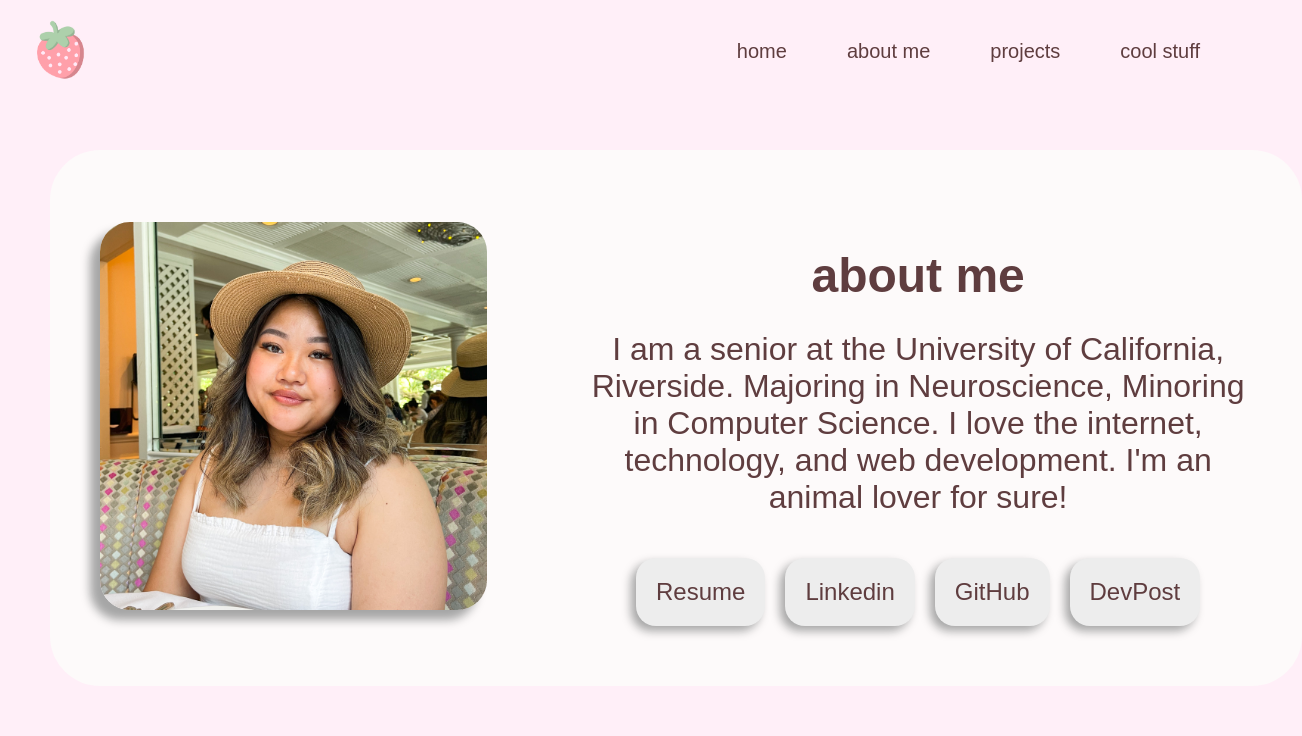
Repository: allisonchuu/strawbeari
Page: aboutme.html
The author's editor kept a copy of each file at every save. The page is drawn from the files as they stood at one save, then again after the next save.
The browser window is 1280 px wide. The page is 1302 px wide, then 1280 px, so the pictures cover 1302 px, including what lies to the right of the window. The pictures show the whole page.
Some web fonts or font styles are not loaded; a fallback is used.

Above is the page before, as saved 2022-09-06 15:18:35.

### aboutme.html
<!DOCTYPE html>
<html lang="en">

<head>
    <meta charset="utf-8" />
    <meta name="viewport" content="width=device-width, initial-scale=1.0, maximum-scale=1.0, user-scalable=no">
    <link rel="apple-touch-icon" sizes="180x180" href="assets/favicon/apple-touch-icon.png">
    <link rel="icon" type="image/png" sizes="32x32" href="assets/favicon/favicon-32x32.png">
    <link rel="icon" type="image/png" sizes="16x16" href="assets/favicon/favicon-16x16.png">
    <link rel="manifest" href="assets/favicon/site.webmanifest">
    <link rel="mask-icon" href="assets/favicon/strawberryicon.svg" color="#ffffff">
    <link rel="shortcut icon" href="assets/favicon/favicon.ico">
    <link rel="stylesheet" href="https://cdnjs.cloudflare.com/ajax/libs/font-awesome/6.0.0/css/all.min.css"
        integrity="sha512-9usAa10IRO0HhonpyAIVpjrylPvoDwiPUiKdWk5t3PyolY1cOd4DSE0Ga+ri4AuTroPR5aQvXU9xC6qOPnzFeg=="
        crossorigin="anonymous" referrerpolicy="no-referrer" />
    <meta name="msapplication-TileColor" content="#00aba9">
    <meta name="msapplication-TileColor" content="#00aba9">
    <meta name="msapplication-config" content="assets/favicon/browserconfig.xml">
    <meta name="theme-color" content="#ffffff">


    <title>Allison's Home Page</title>

    <!-- import the webpage's stylesheet -->
    <link rel="stylesheet" href="style.css" />

    <!-- import the webpage's javascript file -->
    <script src="script.js" defer></script>
</head>

<body>

    <!-- this is the start of page content -->

    <section class="about-me-page">
        <div id="homepage-header">
            <div class="homepage-header-icon-wrapper">
                <img id="homepage-icon" src="assets/logos/strawberryicon.png" alt="Strawberry icon">
            </div>
            <div id="homepage-header-navigation" class="nav-section">
                <a href="#">home</a>
                <a href="#">about me</a>
                <a href="#">projects</a>
                <a href="#">cool stuff</a>
            </div>
        </div>
        <div class="container">
            <div class="profilepic">
                <img id="me" src="assets/profile.jpg" alt="Picture of Me">
            </div>
            <section class="introduction-section">
                <h1>about me</h1>
                <p>I am a senior at the University of California, Riverside.
                    Majoring in Neuroscience, Minoring in Computer Science.
                    I love the internet, technology, and web development. I'm an animal lover for sure!</p>
                    <div class="infoContainer">
                        <a class="info" href="assets/01AllisonChu.pdf">Resume</a>
                        <a class="info" href="https://www.linkedin.com/in/ucrallisonchu/">Linkedin</a>
                        <a class="info" href="https://github.com/allisonchuu">GitHub</a>
                        <a class="info" href="https://devpost.com/allisonchuu?ref_content=user-portfolio&ref_feature=portfolio&ref_medium=global-nav">DevPost</a>
                    </div>
            </section>
        </div>
    </section>

</body>

</html>

### style.css
@import url('https://fonts.googleapis.com/css2?family=Roboto+Mono:wght@300&display=swap');
@import url('https://rsms.me/inter/inter.css');

html {
    font-family: 'Inter', sans-serif;
}

@supports (font-variation-settings: normal) {
    html {
        font-family: 'Inter var', sans-serif;
    }
}

/*--adjust typography defaults --*/
html {
    background-color: #FFEFF8;
    color: #5F3D3F;
}

body {
    margin: 0;
    display: flex;
    flex-direction: column;
    justify-content: center;
    align-items: center;
}

h1 {
    font-size: 3rem;
    text-align: center;
}

p {
    font-size: 2rem;
}

a {
    text-decoration: none;
}

section {
    display: block;
}

.divider {
    background-color: #EDEDED;
    height: 13px;
    width: 250px;
    margin-top: 30px;
    margin-bottom: 30px;
    border-radius: 20px;
}

/*--images and videos max out at full width--*/
img,
video {
    height: auto;
    max-width: 100%;
}

/*--banner styling--*/
.banner {
    display: block;
    position: -webkit-sticky;
    position: sticky;
    width: 100%;
    height: auto;
    margin-bottom: -5px;

    z-index: 0;
}

.banner img {
    width: 100%;
    height: auto;
}

.logo {
    position: relative;
    display: inline;
    top: 10px;
    left: 10px;
    height: 50px;
    width: auto;
}

.mobileLogo {
    display: none
}

@media only screen and (max-width:800px) {
    .logo {
        display: none
    }

    .mobileLogo {
        position: relative;
        display: inline;
        top: 10px;
        left: 10px;
        height: 50px;
        width: auto;
    }
}

/*--end banner styling--*/

#navbar-toggle {
    position: fixed;
    display: inline;
    text-align: left;
}

/*--begin side nav bar styling--*/

#nav-menu {
    background-color: #F4F4F4;
    width: 400px;
    height: 100vh;
    display: flex;
    justify-content: left;
    position: fixed;
    top: 0;
    left: -400px;
    transition: 350ms;
}

.menubars {

    display: inline-block;
    font-size: 3rem;
    color: #5F3D3F;

}

#hiddennavbar {
    position: absolute;
    display: inline-block;
    top: 30px;
    left: 30px;
    height: auto;
    width: auto;
}

#nav-menu.active {
    position: fixed;
    left: 0;
    transition: 350ms;
}

#navbar-toggle {
    position: relative;
    display: inline-block;
    top: 23px;
    left: 0;
    text-align: left;
}

.menubarshidden {
    display: inline-block;
    font-size: 3rem;
    color: #5F3D3F;

}

.navstrawbeari {
    display: inline-block;
    position: absolute;
    width: 200px;
    bottom: 50px;
}

.nav-icon {
    padding-right: 1rem;
    color: #5F3D3F;
}


@media only screen and (max-width: 1000px) {

    .nav-menu-items {
        width: 250px;
    }

    .menubars {
        position: relative;
        text-align: left;
    }


    .menubarshidden {
        color: #5F3D3F;
        right: 0;
        justify-content: right;
    }

    #nav-menu {
        background-color: #F4F4F4;
        width: 300px;
        height: 100vh;
        display: flex;
        justify-content: center;
        position: fixed;
        top: 0;
        right: 100vw;
        /*transition: 850ms;*/
    }


    .nav-section {
        display: flex;
        flex-direction: column;
        justify-content: left;
        padding: 10px;
        padding-right: 50px;

        color: #5F3D3F;
    }


    #nav-menu.active {
        position: fixed;
        right: 70vw;
        transition: 350ms;
    }

    .nav-icon {
        padding-right: 1rem;
        color: #5F3D3F;
    }

    .nav_dropd {
        padding-left: 1rem;
        color: #5F3D3F;
    }


    .navstrawbeari {
        position: absolute;
        bottom: 50px;
        margin-right: 3vw;
    }
}

/*--start side nav bar styling--*/


/*--footer styling--*/

.footer {
    display: block;

    background-color: #FFE8F5;
    padding-top: 1vh;
    padding-bottom: 1vh;
    width: 100%;
    text-align: center;

    font-size: 1.25em;
    color: #5F3D3F;
}

.footer span {
    color: #5F3D3F;
}

.top {
    display: block;
    padding-bottom: 7.5px;

    letter-spacing: 2.5px;
}

.bottom {
    display: block;
}

.footer img {
    vertical-align: center;

    padding: 0vh 7.5px;

    min-height: 30px;
    max-height: 30px;
}

/* end footer styling */

/* index page styling */

.beginning {
    display: flex;
    flex-direction: column;
    align-items: center;
    justify-content: center;
    text-align: center;
    padding-left: 15%;
    padding-right: 15%;
}

#homepage {
    height: 100%;
    position: relative;
    width: 100%;
}

#homepage-header {
    height: 100px;
    position: relative;
}

#homepage-icon {
    height: 60px;
    padding: 20px;
    position: absolute;
    width: 80px;
}

#homepage-header-navigation {
    position: absolute;
    right: 0;
}

.nav-menu-items {
    position: relative;
    display: flex;
    flex-direction: row;
    align-items: left;
    width: 350px;
}

.nav-section {
    display: flex;
    flex-direction: row;
    justify-content: left;
    padding: 25px 50px 0;
    color: #5F3D3F;
}

.nav-section a {
    text-decoration: none;
    color: #5F3D3F;
    font-size: 20px;
    font-weight: 100;
    padding: 15px 30px;
}

.nav-section a:hover {
    color: #bbb0b1;
}

#homepage-intro {
    padding: 150px 200px 100px;
    font-size: 40px;
    font-weight: 200;
    white-space: nowrap;
}

#homepage-intro-name {
    font-weight: 500;
}

#homepage-intro-next-line {
    font-size: 35px;
}

#home-page-clouds-and-strawbeari {
    background: url("assets/home-page-clouds-and-strawbeari.png") repeat-x;
    animation: slide 120s linear infinite;
    background-size: 3000px;
    height: 500px;
    width: 14000px;
}

#home-page-clouds-and-strawbeari-wrapper {
    overflow: hidden;
    height: 450px;
}

@keyframes slide {
    0% {
      transform: translate(0);
    }
    100% {
      transform: translate(-3000px); /* The image width */
    }
  }


/* about me page styling */

.body_container {
    display: flex;
    flex-direction: column;
    align-items: center;
    justify-content: center;
    text-align: center;
    margin-bottom: 30px;
}

.container {
    background-color: #FDFAFA;
    display: flex;
    flex-direction: row;
    align-items: center;
    justify-content: center;
    padding: 50px;
    margin: 50px;
    border-radius: 50px;
    width: 90%;
    opacity: 0;
    animation: textFadeIn 0.5s linear forwards;
    animation-delay: 0.3s;

}

@keyframes textFadeIn {
    0% {
        opacity: 0.1;
        transform: translatey(50px);
    }

    100% {
        opacity: 1;
        transform: translateX(0px);
    }
}

#me {
    position: relative;
    border-radius: 30px;
    margin-right: -50px;
    height: auto;
    width: 80%;
    box-shadow: -10px 10px 10px #A6A6A6;
}

.introduction-section {
    display: flex;
    flex-direction: column;
    align-items: center;
    justify-content: center;
    text-align: center;
}

.introduction-section p {
    margin-top: -20px;
}

.infoContainer {
    display: flex;
    flex-direction: row;
    align-items: center;
    justify-content: center;
    text-align: center;
}

.info {
    background-color: #EDEDED;
    color: #5F3D3F;
    border: 0px;
    border-radius: 20px;
    margin: 10px;
    padding: 20px;
    font-size: 1.5rem;
    box-shadow: -5px 5px 10px #A6A6A6;
}

@media only screen and (max-width: 1000px) {
    .container {
        padding: 5%;
        display: flex;
        flex-direction: column;
        justify-content: center;
        align-items: center;
        text-align: center;
        width: 70%;
    }

    #me {
        margin-right: 0;
    }

    .introduction-section {
        padding: 20px;
    }

    .introduction-section p {
        font-size: 1.5rem;
    }

    .infoContainer {
        display: flex;
        flex-direction: column;
        align-items: center;
        justify-content: center;
        text-align: center;
    }

    #welcomeStrawbeari {
        width: 200px;
    }

}

/*--end about me page styling--*/

/*--start gif styling--*/

@media only screen and (max-width: 1000px) {

    .gifcontainer img {
        display: none;
    }
}

.gifcontainer {
    height: 350px;
    width: 550px;
    display: block;
    position: fixed;
    bottom: 0;
    right: -460px;
    transition: transform 1.5s;
}

.gifcontainer img {
    width: 100%;
    height: auto;
}

.gifcontainer.show-panda {
    transform: translate(-80%);
    transition: transform 1.5s;
}

.strawberrygif {
    left: 10px;
    height: 55px;
    position: absolute;
    bottom: 145px;
    z-index: 2;
}

.strawberrygif img {
    width: auto;
    height: 100%;
}

/*--end gif styling--*/

### script.js
const sideMenu = document.querySelector('#nav-menu');
const gifContainer = document.querySelector('.gifcontainer');
var x = true;

function showMenu() {
    sideMenu.classList.add('active');
}

function hideMenu() {
    sideMenu.classList.remove('active');
}

function moveGif() {
    if(x == true){
        gifContainer.classList.add('show-panda');
        x = false;
    }else{
        gifContainer.classList.remove('show-panda');
        x = true;
    }
}

After the next save:
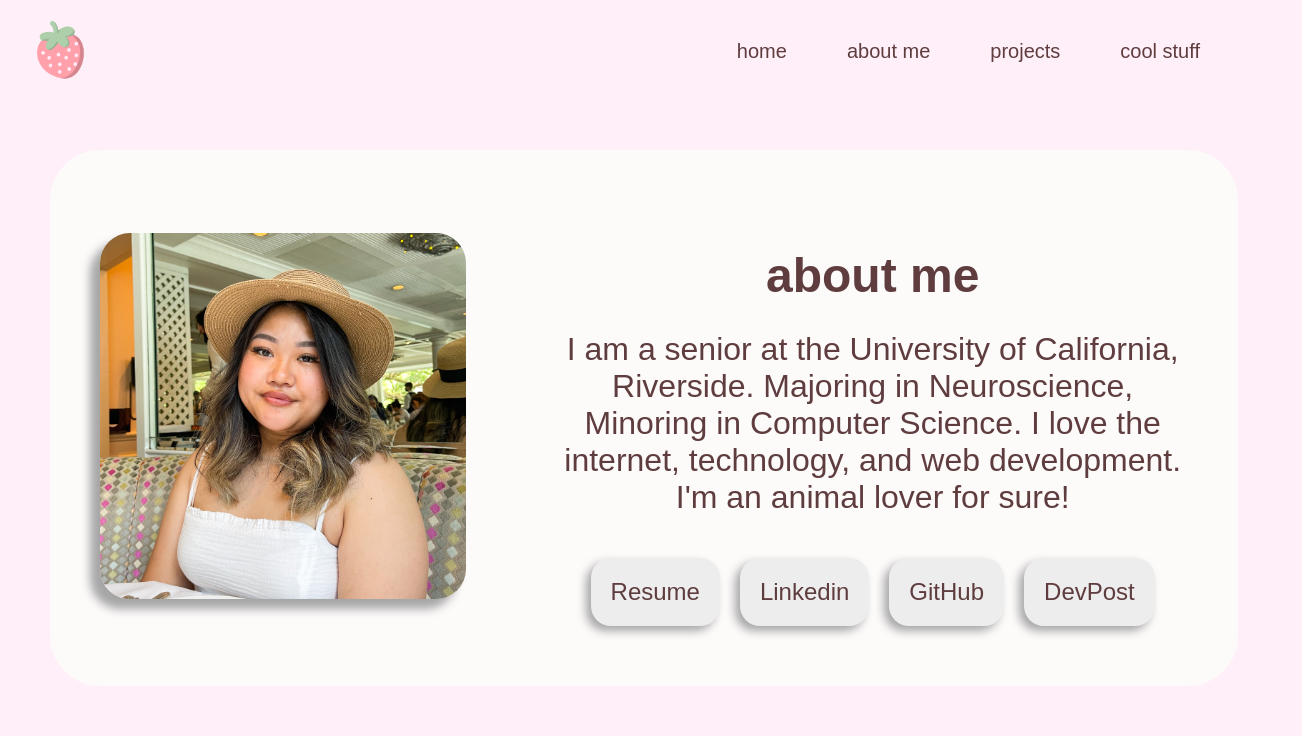
Saved 32 s later.
--- a/style.css
+++ b/style.css
@@ -407,7 +407,7 @@
     padding: 50px;
     margin: 50px;
     border-radius: 50px;
-    width: 90%;
+    width: 85%;
     opacity: 0;
     animation: textFadeIn 0.5s linear forwards;
     animation-delay: 0.3s;
